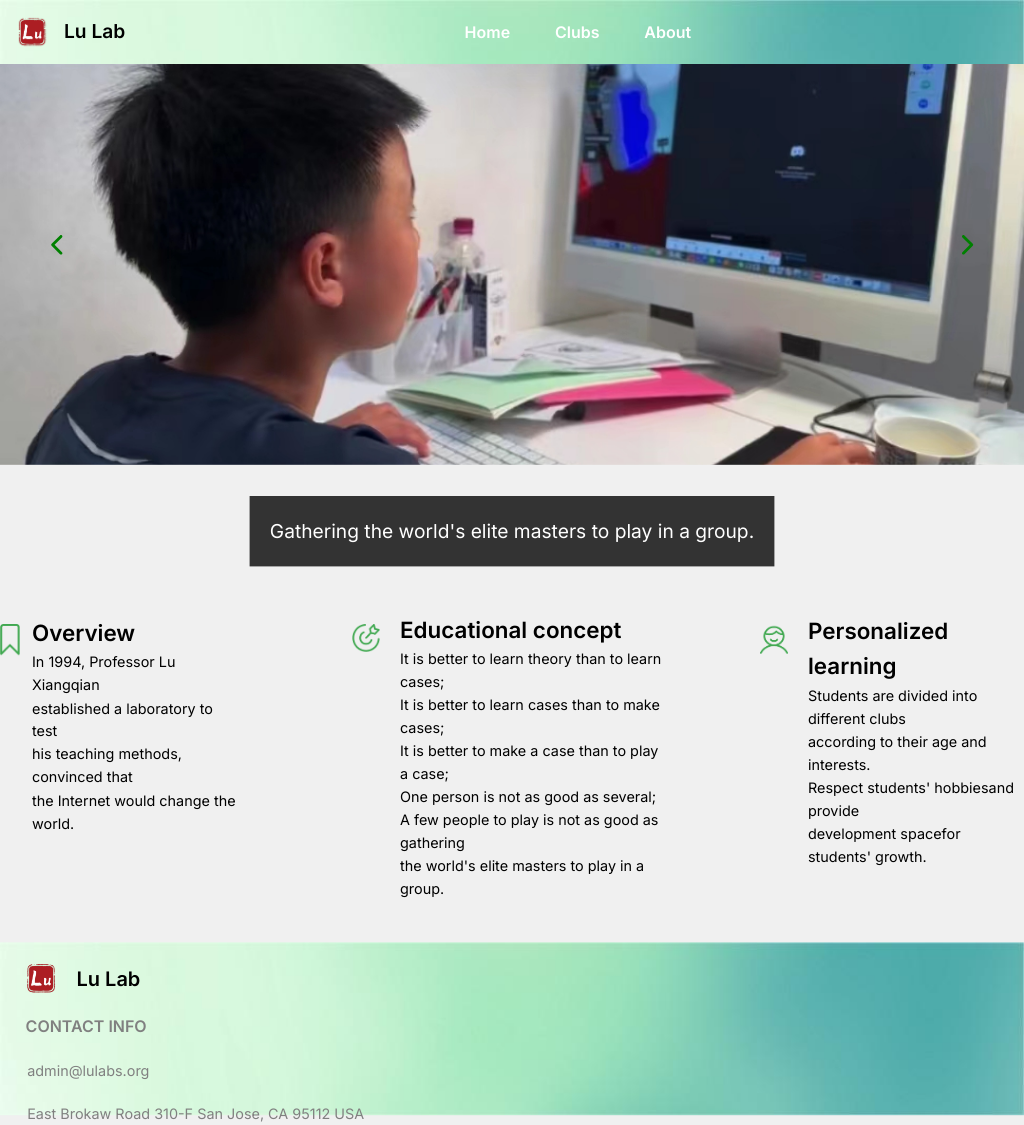
Repository: proflulab/lulab_website_next_js
Page: /
These files come from the project's save history. The page is drawn as it stood at one moment and after the next save; the edit follows.
The browser window is 1280 px wide. The pictures show the whole page, at 80% of full size.
The project was rebuilt for these pictures with package versions that can differ from the ones it lists, and the page was loaded fresh each time. The framework's server and built-in components were replaced by stand-ins that run in the browser. Also part of the build but not shown: next.config.js, next.config.mjs.

Above is the page before, as saved 2023-12-27 21:13:24.

After the next save:
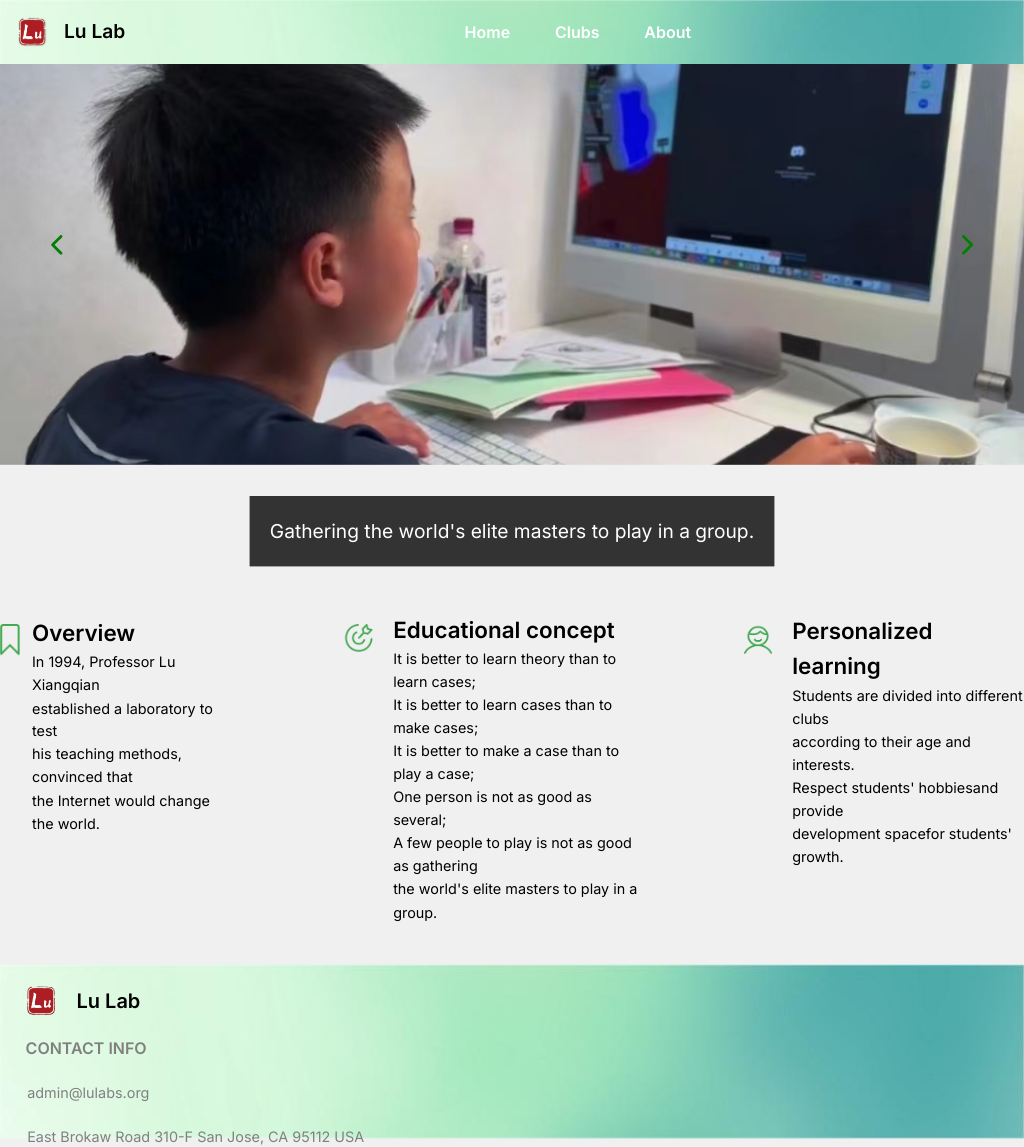
Saved 15 s later.
--- a/app/page.tsx
+++ b/app/page.tsx
@@ -363,7 +363,7 @@
                 </p>
               </div>
             </div>
-            <div style={{ flex: "1.1", marginLeft: "0px" }}>
+            <div style={{ flex: "1.2", marginLeft: "0px" }}>
               <Image src="/Person.png" alt="" width={35} height={35} />
               <div style={{ marginLeft: "60px" }}>
                 <p

After the save that followed:
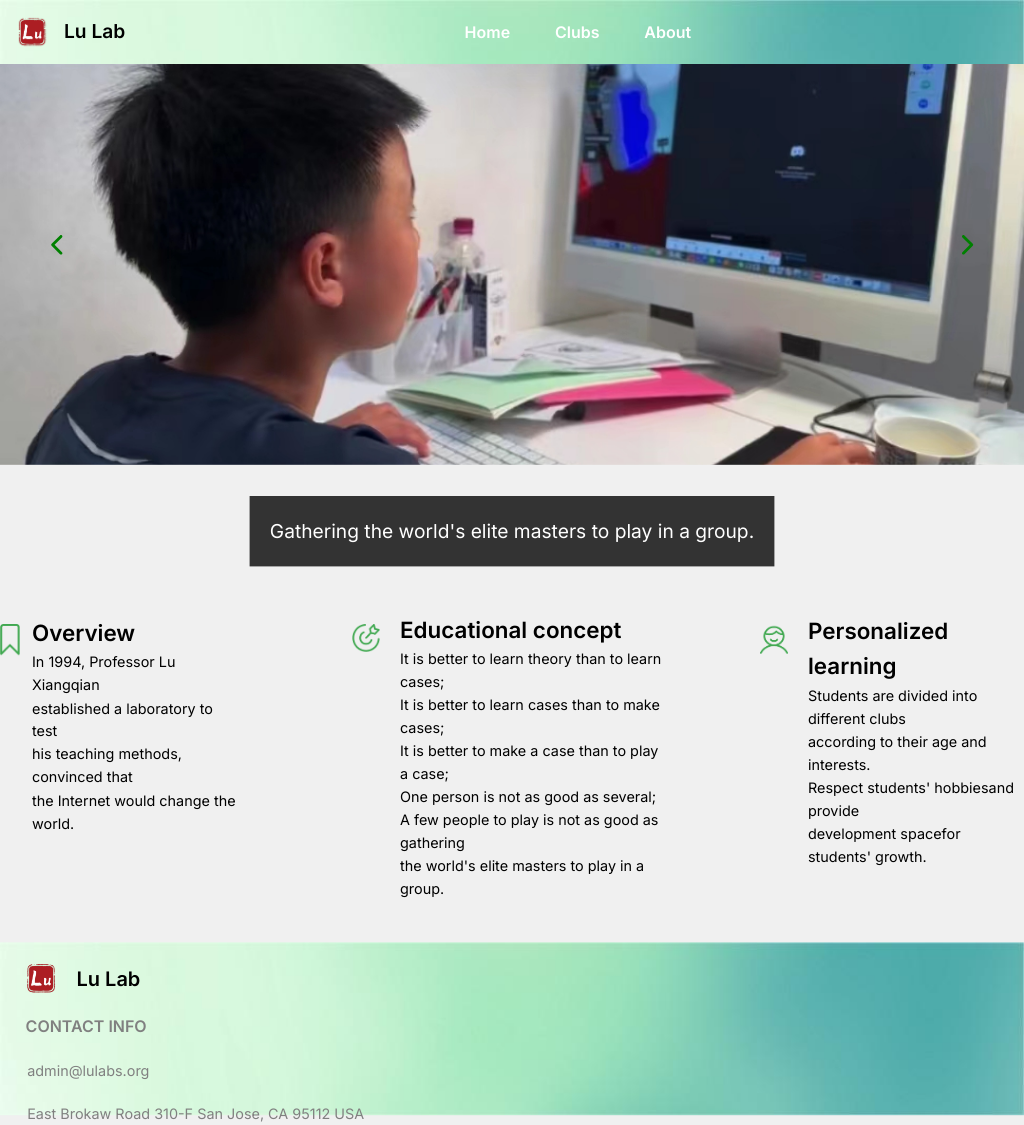
Saved 12 s later.
--- a/app/page.tsx
+++ b/app/page.tsx
@@ -363,7 +363,7 @@
                 </p>
               </div>
             </div>
-            <div style={{ flex: "1.2", marginLeft: "0px" }}>
+            <div style={{ flex: "1.1", marginRight: "0px" }}>
               <Image src="/Person.png" alt="" width={35} height={35} />
               <div style={{ marginLeft: "60px" }}>
                 <p
